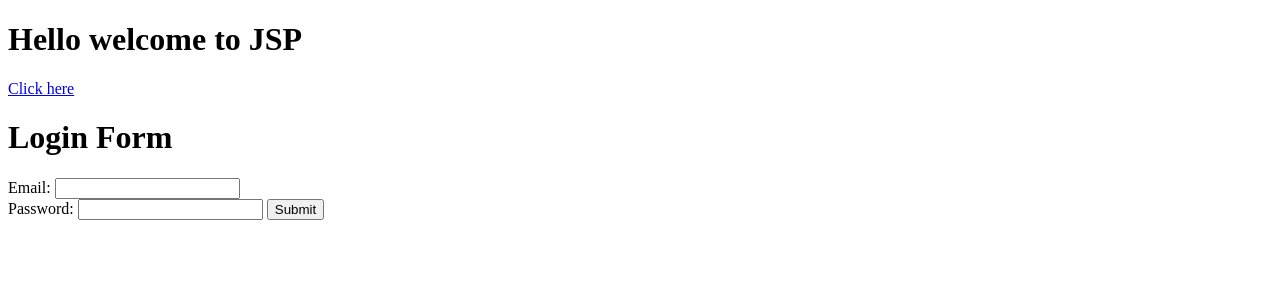
Repository: gauravrathod802/Java-Servlet
Page: http://localhost/MyFirstProject/
The author's editor kept a copy of each file at every save. The page is drawn from the files as they stood at one save, then again after a run of saves.
The browser window is 1280 px wide. The pictures show the whole page.
The page is served by Tomcat 9. Other server files are loaded and not shown.

Above is the page before, as saved 2024-01-08 12:21:37.

### MyFirstProject/WebContent/index.jsp
<%@ page language="java" contentType="text/html; charset=ISO-8859-1"
    pageEncoding="ISO-8859-1"%>
<!DOCTYPE html>
<html>
<head>
<meta charset="ISO-8859-1">
<title>Java Servlet</title>
</head>
<body>
<h1>Hello welcome to JSP</h1>
<a href="MyServlet" >Click here</a>

<h1>Login Form</h1>
<form>
<label>Email:</label>
<input type="email"><br>
<label>Password:</label>
<input type="password">
<input type="submit">
</form>
</body>
</html>

After the next 2 saves:
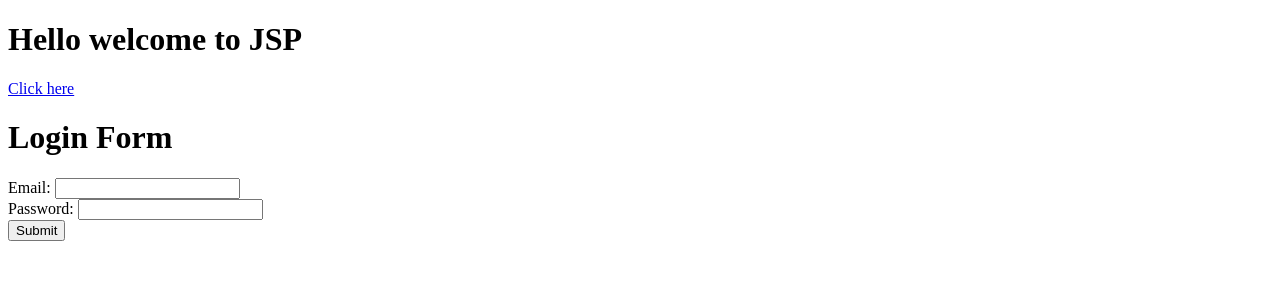
The 2 saves are shown as one change because they came seconds apart.
The last was saved 7 s later.
--- a/MyFirstProject/WebContent/index.jsp
+++ b/MyFirstProject/WebContent/index.jsp
@@ -15,7 +15,7 @@
 <label>Email:</label>
 <input type="email"><br>
 <label>Password:</label>
-<input type="password">
+<input type="password"><br>
 <input type="submit">
 </form>
 </body>
